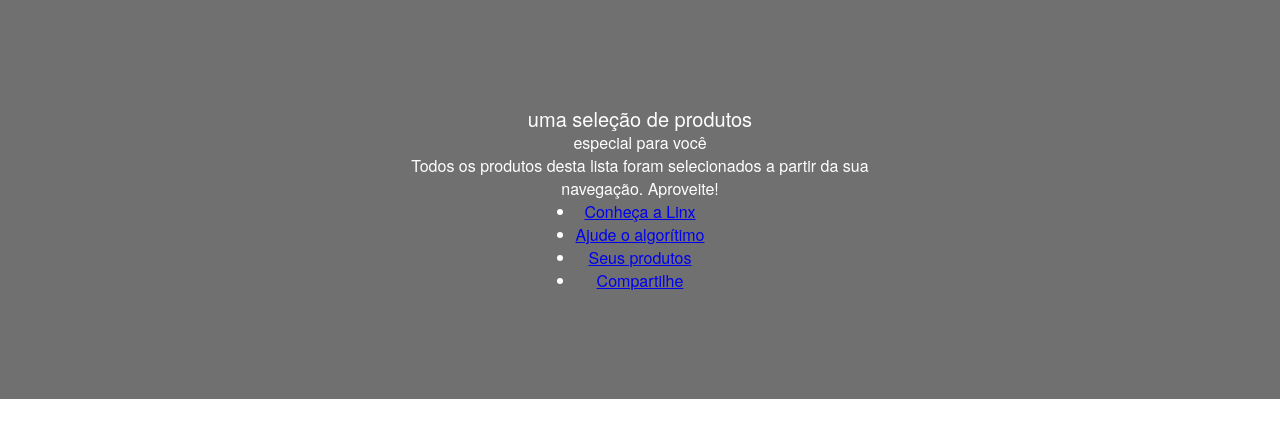
Repository: danielpellicano/front-end-developer-test-linx-2020
Page: index.html
These files come from the project's save history. The page is drawn as it stood at one moment and after the next save; the edit follows.
The browser window is 1280 px wide. The pictures show the whole page.
Some web fonts or font styles are not loaded; a fallback is used.

Above is the page before, as saved 2020-09-01 12:13:00.

### index.html
<!DOCTYPE html>
<html lang="en">

<head>
    <meta charset="UTF-8">
    <meta name="viewport" content="width=device-width, initial-scale=1.0">
    <title>Linx Test Front End</title>
    <link rel="stylesheet" href="css/style.css">
    <link rel="stylesheet" href="css/responsive.css">
    <link rel="stylesheet" href="js/script.js">

</head>

<body>

    <!-- Header -->
    <header id="header">
        <div class="container">
            <h1>uma seleção de produtos</h1>
            <h2>especial para você</h2>
            <p>Todos os produtos desta lista foram selecionados a partir da sua navegação. Aproveite!</p>
            <!-- Main Menu -->
            <nav>
                <ul>
                    <li><a href="#">Conheça a Linx</a></li>
                    <li><a href="#">Ajude o algorítimo</a></li>
                    <li><a href="#">Seus produtos</a></li>
                    <li><a href="#">Compartilhe</a></li>
                </ul>
            </nav>
            <!-- .Main Menu -->
        </div>
    </header>
    <!-- .Header -->

</body>

</html>

### css/style.css
/* Import Fonts */

@font-face {
    font-family: 'Helvetica Neue';
    src: url('../fonts/HelveticaNeue.eot');
    src: url('../fonts/HelveticaNeue.eot?#iefix') format('embedded-opentype'), url('../fonts/HelveticaNeue.woff2') format('woff2'), url('../fonts/HelveticaNeue.woff') format('woff'), url('../fonts/HelveticaNeue.ttf') format('truetype');
    font-weight: normal;
    font-style: normal;
}

@font-face {
    font-family: 'Helvetica Neue Bold';
    src: url('../fonts/HelveticaNeue-Bold.eot');
    src: url('../fonts/HelveticaNeue-Bold.eot?#iefix') format('embedded-opentype'), url('../fonts/HelveticaNeue-Bold.woff2') format('woff2'), url('../fonts/HelveticaNeue-Bold.woff') format('woff'), url('../fonts/HelveticaNeue-Bold.ttf') format('truetype');
    font-weight: bold;
    font-style: normal;
}


/* css Reset */

html,
body,
div,
span,
iframe,
h1,
h2,
h3,
h4,
h5,
h6,
p,
blockquote,
pre,
a,
img,
strong,
b,
u,
i,
ul,
li,
fieldset,
form,
label,
legend,
table,
caption,
tbody,
tfoot,
thead,
tr,
th,
td,
article,
aside,
canvas,
details,
embed,
figure,
figcaption,
footer,
header,
hgroup,
menu,
nav,
output,
ruby,
section,
summary,
time,
mark,
audio,
video {
    margin: 0;
    padding: 0;
    border: 0;
    font-size: 100%;
    font: inherit;
    vertical-align: baseline;
}


/* CSS General */

body {
    font-family: 'Helvetica Neue';
}

.container {
    width: 100%;
    padding-right: 15px;
    padding-left: 15px;
    margin-right: auto;
    margin-left: auto;
}


/* Header */

#header {
    position: relative;
    min-height: 399px;
    background: #707070;
    display: flex;
    align-items: center;
    color: #fff;
}


/*#header:after {
    content: '';
    background: #707070;
    width: 100%;
    height: 100%;
    position: absolute;
    height: 399px;
}*/

#header .container {
    display: flex;
    flex-direction: column;
    align-items: center;
    justify-content: center;
    height: 100%;
    text-align: center;
}

#header h1 {
    font-size: 20px;
    line-height: 24px;
    margin-bottom: 0;
}

### css/responsive.css
@media (min-width: 1200px) {
    .container {
        max-width: 1140px;
    }
}

@media (min-width: 992px) {
    .container {
        max-width: 960px;
    }
}

@media (min-width: 768px) {
    .container {
        max-width: 720px;
    }
}

@media (min-width: 576px) {
    .container {
        max-width: 540px;
    }
}

Loaded but not shown: js/script.js (no stored copy; drawn as an empty file)

After the next save:
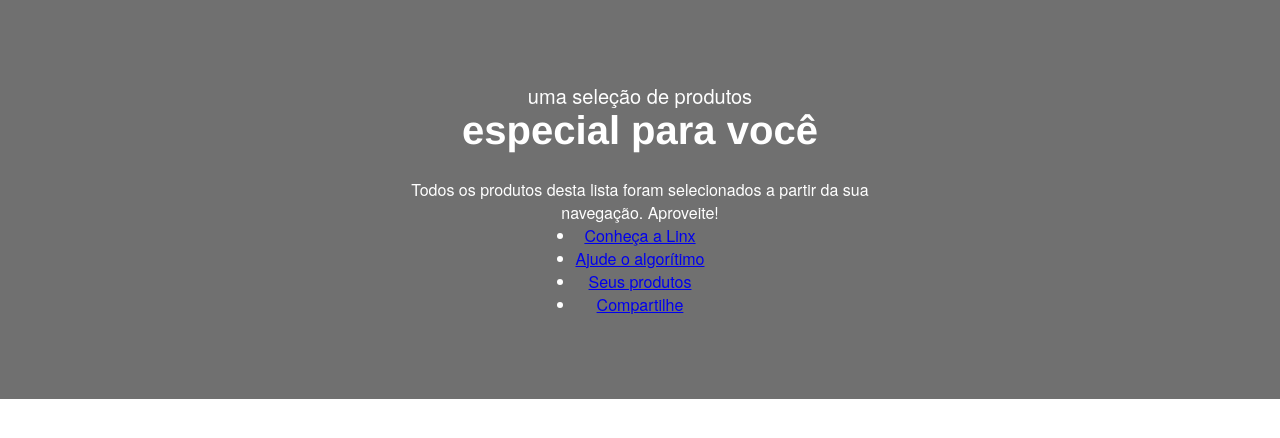
Saved 66 s later.
--- a/css/style.css
+++ b/css/style.css
@@ -132,3 +132,9 @@ body {
     line-height: 24px;
     margin-bottom: 0;
 }
+
+#header h2 {
+    font-size: 40px;
+    font-weight: bold;
+    margin-bottom: 25px;
+}
